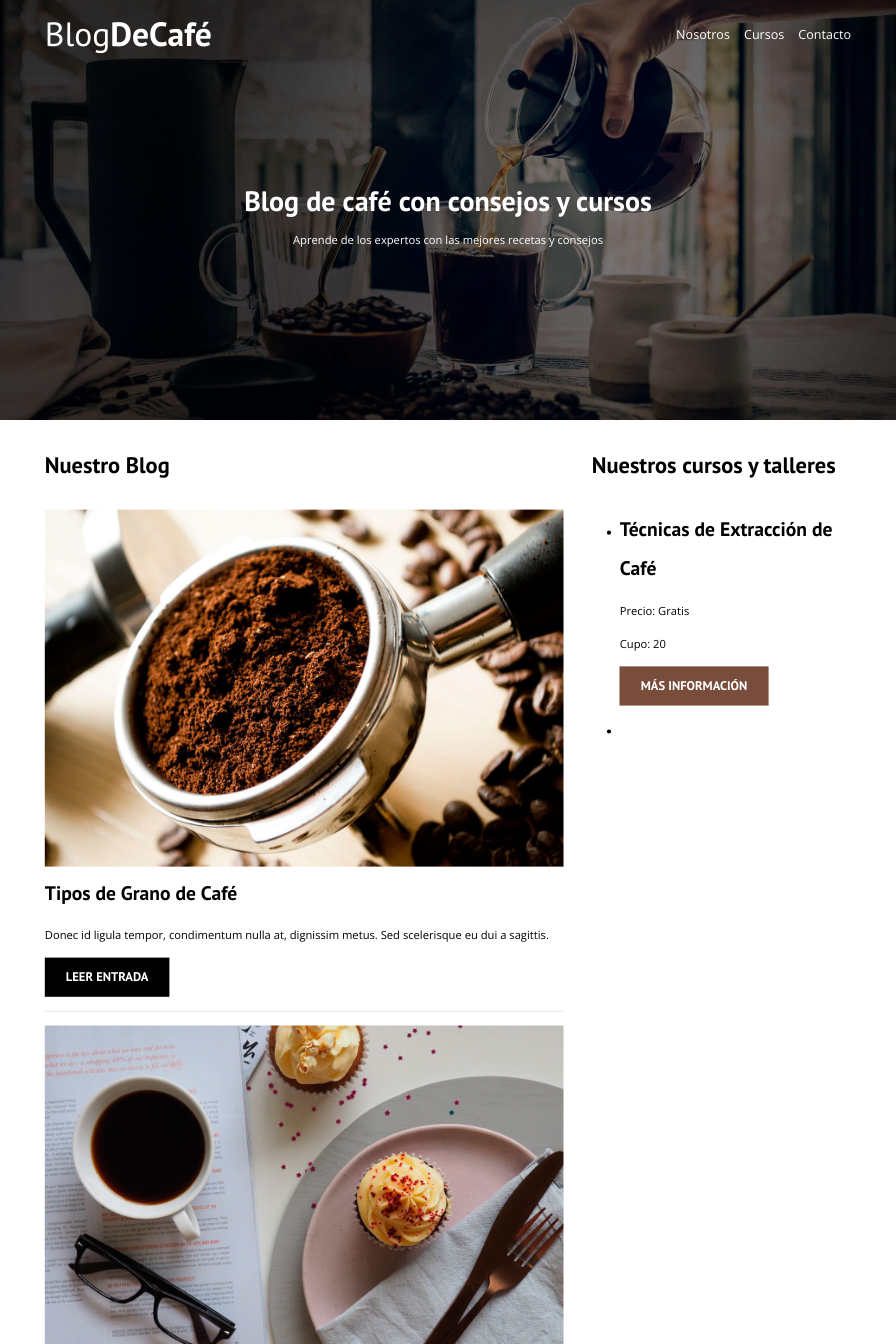
Repository: araque1990/blog_de_cafe
Page: index.html
These files come from the project's save history. The page is drawn as it stood at one moment and after the next save; the edit follows.
The browser window is 1280 px wide. The pictures show the part of the page from y = 0 to 1920 px (the page is 2917 px tall), at 70% of full size.

Above is the page before, as saved 2023-01-12 13:48:07.

After the next save:
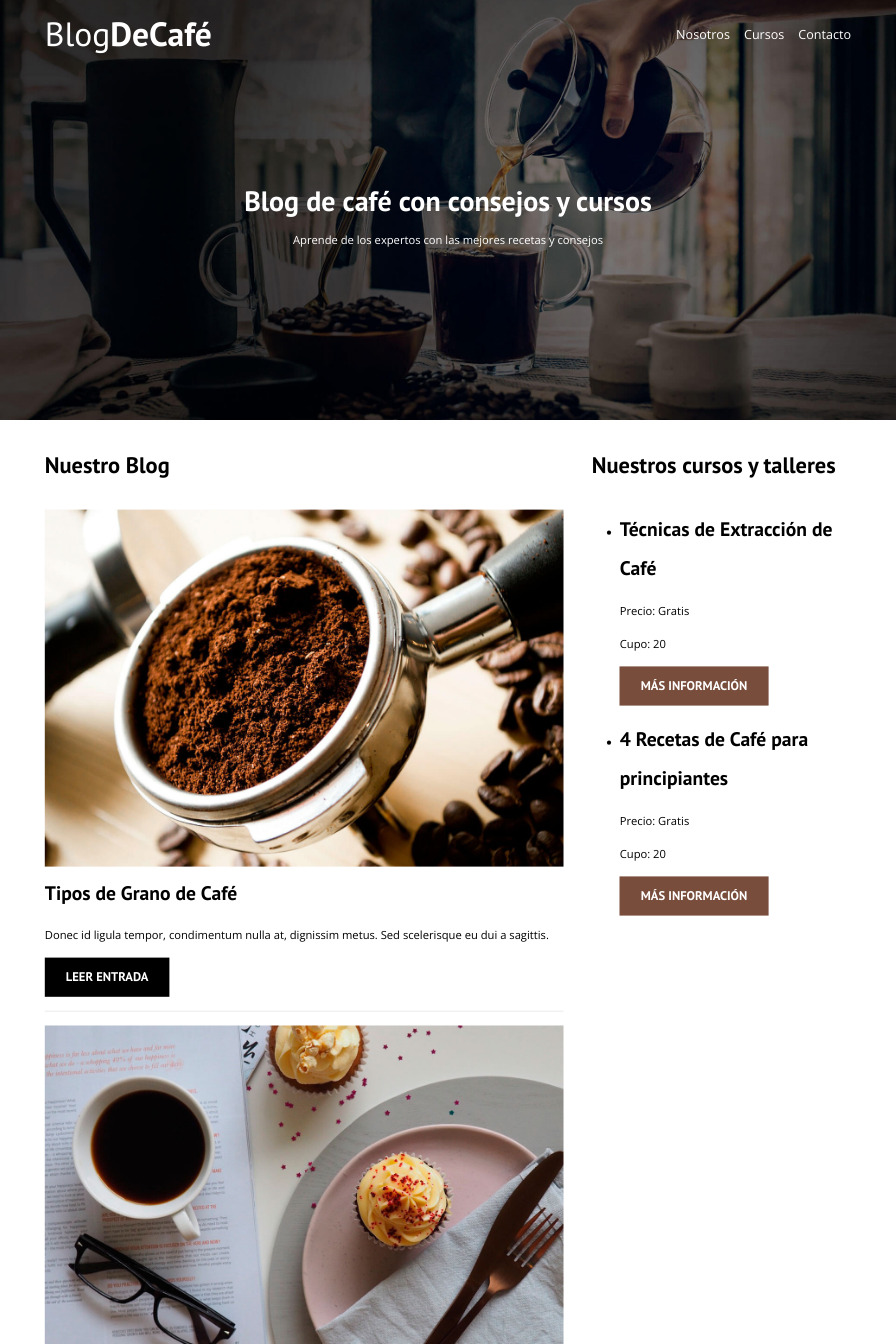
Saved 3 min 17 s later.
--- a/index.html
+++ b/index.html
@@ -83,7 +83,16 @@
           </p>
           <a href="entrada.html" class="boton boton--secundario">Más Información</a>
         </li>
-        <li></li>
+        <li class="widget-curso">
+          <h4 class="no-margin">4 Recetas de Café para principiantes</h4>
+          <p class="widget-curso__label">Precio:
+            <span class="widget-curso__info">Gratis</span>
+          </p>
+          <p class="widget-curso__label">Cupo:
+            <span class="widget-curso__info">20</span>
+          </p>
+          <a href="entrada.html" class="boton boton--secundario">Más Información</a>
+        </li>
       </ul>
     </aside>
   </div>
